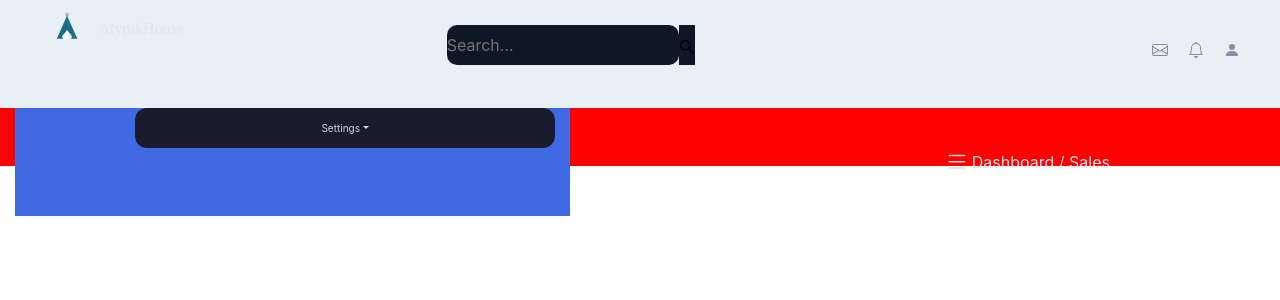
Repository: kifack/API-Symfony-AtypikHouse
Page: / (app in admin-frontend/)
An editor plug-in stored every save of this project. The page is shown before and after the next save, followed by the edit.
The browser window is 1280 px wide. The pictures show the whole page.
Some web libraries are served in a nearby version. The project was rebuilt for these pictures with package versions that can differ from the ones it lists, and the page was loaded fresh each time. Also part of the build but not shown: admin-frontend/src/css/Responsive.css, admin-frontend/src/css/admin/navbar.css, admin-frontend/src/components/template_parts/Header.js, admin-frontend/src/components/template_parts/Footer.js, admin-frontend/src/components/template_parts/Sidebar.js, admin-frontend/src/components/partials/LocationEntry.js, admin-frontend/src/components/template_parts/Spinner.js, admin-frontend/src/actions/location.js and 26 more.

Above is the page before, as saved 2020-10-01 19:19:06.

After the next save:
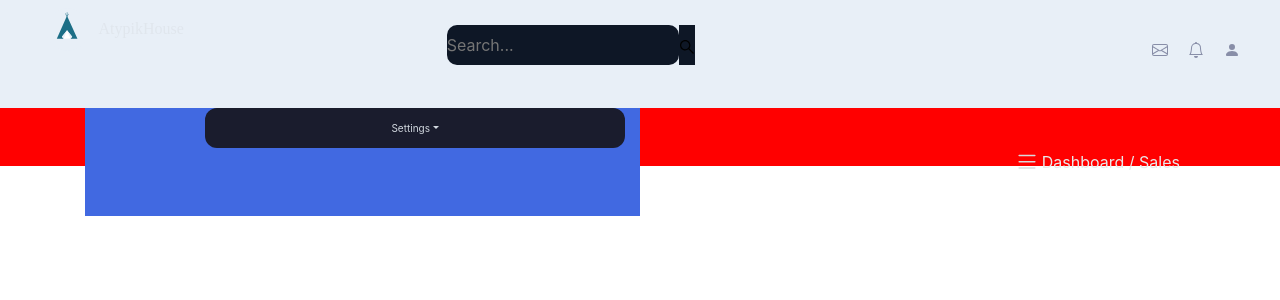
Saved 14 s later.
--- a/admin-frontend/src/css/App.css
+++ b/admin-frontend/src/css/App.css
@@ -182,11 +182,6 @@ header .sous-header .row{
 
   margin: 0;
   padding: 0;
-
-}
-header .sous-header .container{
-
-  margin: 0;
 
 }
 
